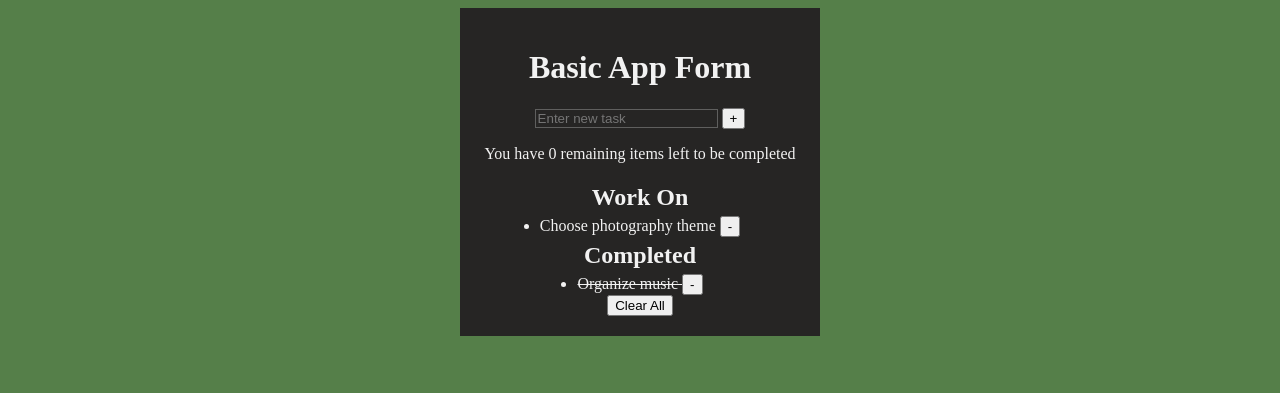
Repository: Kayla-amr/dgm_3760
Page: todoTemplate-W2/index.html
An editor plug-in stored every save of this project. The page is shown before and after the next save, followed by the edit.
The browser window is 1280 px wide. The pictures show the whole page.

Above is the page before, as saved 2022-11-08 12:57:50.

### todoTemplate-W2/index.html
<!DOCTYPE html>
<html lang="en">

<head>
    <meta charset="UTF-8">
    <meta http-equiv="X-UA-Compatible" content="IE=edge">
    <meta name="viewport" content="width=device-width, initial-scale=1.0">
    <link rel="stylesheet" href="styles.css">
    <title>Basic Todo App</title>
</head>

<body>
    <main>
        <div class="taskForm">
            <h1 class="formTitle"></h1>
            <div>
                <input class="userInput" type="text" placeholder="Enter new task">
                <button class="addTask">+</button>
            </div>
            <p class="remainingTasks"></p>
            <h2>Work On</h2>
            <ul class='todoTasks'>
            </ul>
            <h2>Completed</h2>
            <ul class='completedTasks'>
            </ul>

            <button id="clearBtn">Clear All</button>
    </main>

    </div>
</body>
<script src="/todoTemplate-W2/index.js"></script>

</html>

### todoTemplate-W2/styles.css
body{
    background-color: #557f49;
    color: #f2f2f2;
}
main{
    display: flex;
    justify-content: center;
}
h2{
    margin: 0;
    padding: 5px;
}
.taskForm{
    background-color: #262524;
    padding: 20px;
    width: 20rem;
    display: flex;
    flex-direction: column;
    align-items: center;
}

.todoTasks{
    margin: 0;
    padding: 0;
}
.completedTasks{
    margin: 0;
    padding: 0;
}
.userInput{
    background-color: #eaaf1900;
    border: 1px solid #808080a1;
    color: #f2f2f2;
}

### todoTemplate-W2/index.js
const addBtn = document.querySelector('.addTask'); //store element object for the add task button
const todoTaskUl = document.querySelector('.todoTasks'); //get a reference to the task container UL
const completedTaskUL = document.querySelector('.completedTasks'); //get a reference to the task container UL
const clearBtn = document.querySelector('#clearBtn'); //clear button
const removeBtn = document.querySelector('.removeBtn');
const remainingTasks = document.querySelector('.remainingTasks')

let myList = [
	{
		id: 0,
		name: 'Choose photography theme',
		category: 'Homework',
		due_date: 'Tomorrow',
		status: false
	},
	{
		id: 1,
		name: 'Organize music',
		category: 'Chores',
		due_date: 'Wednesday',
		status: true
	}
];

//app title
document.querySelector('.formTitle').innerText = 'Basic App Form';

//view todods

function displayTodos(todos) {
	//clear out any tasks (li elements) that are in the UL
	todoTaskUl.innerHTML = '';
	completedTaskUL.innerHTML = '';
	//for each todo in the array, add it to the container UL
	todos.forEach(function(myTask) {
		if (myTask.status != true) {
			todoTaskUl.innerHTML += `<li data-todoId='${myTask.id}'> ${myTask.name} <button class="removeBtn" onclick="deleteTask()">-</button></li>`;
		} else {
			completedTaskUL.style.textDecoration = 'line-through';
			completedTaskUL.innerHTML += `<li data-todoId='${myTask.id}'> ${myTask.name} <button class="removeBtn" onclick="deleteTask()">-</button></li>`;
		}
	});
}

//add todos

function addTask() {
	let userInput = document.querySelector('.userInput').value;

	const newTodoObj = {
		id: myList.length + 1,
		name: userInput,
		category: null,
		due_date: null,
		status: false
	};

	myList.push(newTodoObj);
	displayTodos(myList);
}

// create a function to complete todos
function editTask() {
	const clickedTodoId = event.target.dataset.todoid;
	const todoIdx = myList.findIndex((todo) => todo.id == clickedTodoId);
	myList[todoIdx].status = !myList[todoIdx].status;
	console.log(myList)
	displayTodos(myList);
	// function will take 1 parameter (input) an id of the todo to complete
	// find the todo to complete and then change the value of status in the todo object
	//use the .findIndex method to get the index
	//then edit the object directly using bracket notation
	//IE: myList[todoIDX].status
}

//create a function to delete todos
function deleteTask() {

	const todoIdx = myList.findIndex((todo) => todo.obj == removeBtn);
	myList.splice(todoIdx, 1);
	displayTodos(myList);
	//much the same as the complete todo function
	//instead of editing the object, you will need to remove it from the array
}

function deleteComplete() {
	myList.forEach((todo, index, array) => {
		if(todo.status) {
			array.splice(index, 1)
		}
	})
}

function remaining(){
    let myList = document.querySelector('.todoTasks').getElementsByTagName('li').length;

    remainingTasks.textContent = `You have ${myList} remaining items left to be completed`
}

remaining()

//for complete and delete event listeners you will need to listen for events on the UL



addBtn.addEventListener('click', (event) => {
	addTask();
});

todoTaskUl.addEventListener('click', (event) => {
	editTask();
});

completedTaskUL.addEventListener('click', (event) => {
	editTask();
});

clearBtn.addEventListener('click', (event) => {


	deleteComplete()
	displayTodos(myList)

});

//on page load, show the todos
displayTodos(myList);

After the next save:
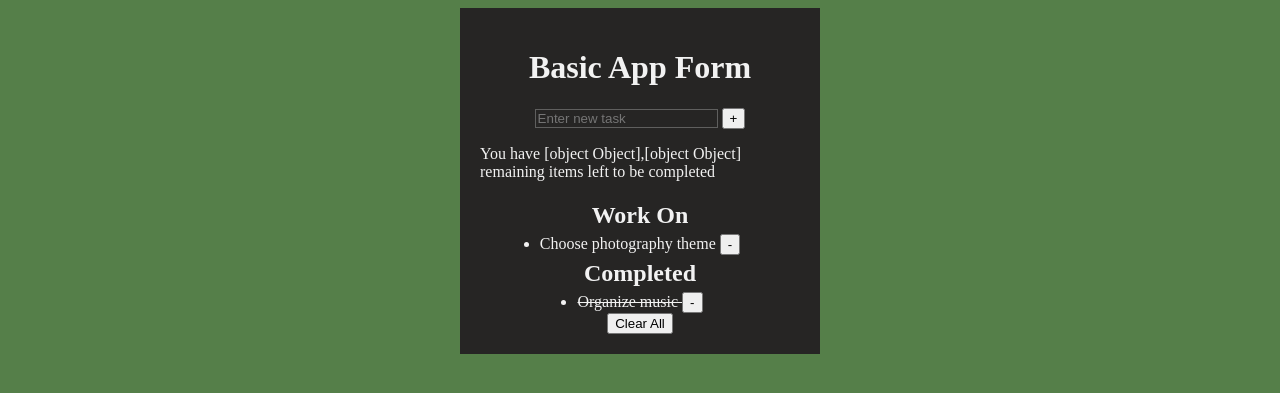
Saved 25 s later.
--- a/todoTemplate-W2/index.js
+++ b/todoTemplate-W2/index.js
@@ -92,7 +92,7 @@ function deleteComplete() {
 }
 
 function remaining(){
-    let myList = document.querySelector('.todoTasks').getElementsByTagName('li').length;
+    todo = document.querySelector('.todoTasks').getElementsByTagName('li').length;
 
     remainingTasks.textContent = `You have ${myList} remaining items left to be completed`
 }
